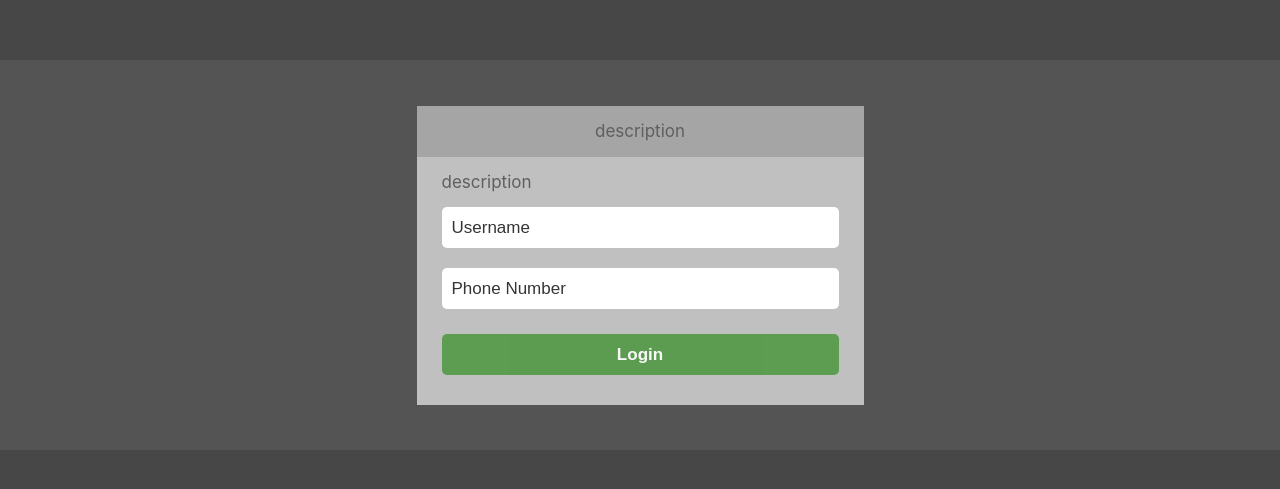
Repository: ladanpaul/ToDoVue-Test
Page: /
These files come from the project's save history. The page is drawn as it stood at one moment and after the next save; the edit follows.
The browser window is 1280 px wide. The pictures show the whole page.
The project was rebuilt for these pictures with package versions that can differ from the ones it lists, and the page was loaded fresh each time. Also part of the build but not shown: vite.config.js.

Above is the page before, as saved 2023-09-14 16:05:29.

### src/main.js
import { createApp } from 'vue';
import { createPinia } from 'pinia';
import './style.scss';
import App from './App.vue';
import { router } from './router';

const pinia = createPinia();

const app = createApp(App);

app.use(router);
app.use(pinia);
app.mount('#app');

### src/components/UiFooter.vue
<template>
  <footer class="footer"></footer>
</template>

<style lang="scss" scoped>
@import '@/variables';

.footer {
  background: $charcoal;
  min-height: 270px;
}
</style>

### src/components/UiHeader.vue
<template>
  <header class="header">
    <div class="content">
      <slot />
    </div>
  </header>
</template>

<style lang="scss" scoped>
@import '@/variables';

.header {
  display: flex;
  background: $charcoal;
  min-height: 60px;
}
</style>

### src/style.scss
@import 'variables';

:root {
  font-family: Inter, system-ui, Avenir, Helvetica, Arial, sans-serif;
  line-height: 1.5;
  font-weight: 400;
  font-size: 16px;
  color: $black;
}

* {
  margin: 0;
  padding: 0;
  box-sizing: border-box;
}

h1,h2,h3,h4,h5,h6 {
  font-size: 1rem;
  font-weight: 400;
}

input {
  margin: 0;
  padding: 0;
  border: 0;
  outline: none;

  &::placeholder {
    color: $nightRider;
  }
}

button {
  background: transparent;
  border: 0;
  outline: none;
  cursor: pointer;
}

.content-wrapper {
  display: flex;
  flex-direction: column;
  min-height: 100vh;
  justify-content: space-between;
}

### src/router/index.js
import { createRouter, createWebHistory } from 'vue-router';
import { useStorage } from '@/composition';

const { getItem } = useStorage();

export const router = createRouter({
  history: createWebHistory(),
  routes: [
    {
      path: '/',
      component: import('../App.vue').then((m) => m.default),
      redirect: { name: 'Main' },
      children: [
        {
          path: '',
          name: 'Main',
          component: () => import('../views/Main.vue').then((m) => m.default),
          beforeEnter: (to, from, next) => {
            const isAuthorized = getItem('authorized');
            if (!isAuthorized) {
              next({ name: 'Login' });
            } else {
              next();
            }
          },
        },
        {
          path: 'login',
          name: 'Login',
          component: () => import('../views/Login.vue').then((m) => m.default),
          beforeEnter: (to, from, next) => {
            const isAuthorized = getItem('authorized');
            if (isAuthorized) {
              next({ name: 'Main' });
            } else {
              next();
            }
          },
        },
      ],
    },
  ],
});

### src/variables.scss
// https://www.htmlcsscolor.com/ for color naming :)

$charcoal: #474747;
$matterhorn: #545454;
$zambezi: #5F5F5F;
$silver: #C3C3C3;
$darkGray: #A5A5A5;
$white: #fff;
$black: #000;
$nightRider: #353535;
$salad: #519945;

### src/composition/index.js
export * from './use-axios';
export * from './use-main';
export * from './use-storage';

### src/views/Login.vue
<template>
  <div class="content-wrapper">
    <UiHeader />
    <main class="main">
      <div class="main__inner">
        <div class="description">
          <h5 class="description-title">description</h5>
        </div>
        <form @submit.prevent="submit">
          <div class="form-wrap">
            <p class="description-title form-title">description</p>
            <div class="inputs-wrap">
              <input
                v-model="formData.name"
                type="text"
                placeholder="Username"
                :class="['input', { 'input-error': isLoginError }]"
                @keypress="onlyLetters"
              />
              <input
                v-model="formData.phone"
                type="text"
                placeholder="Phone Number"
                :class="['input', { 'input-error': isLoginError }]"
                @keypress="onlyNumber"
              />
            </div>
            <div class="button-wrap">
              <p v-if="isLoginError" class="error-text">login error</p>
              <button class="button-success">Login</button>
            </div>
          </div>
        </form>
      </div>
    </main>
    <UiFooter />
  </div>
</template>

<script setup>
import { useMain } from '@/composition';
import { useRouter } from 'vue-router';
import { useStorage } from '@/composition';

const { setItem } = useStorage();

const router = useRouter();

const { login } = useMain();

const formData = reactive({
  name: '',
  phone: '',
}); // TODO  - add vuelidate library for form validation;

const onlyLetters = ($event) => {
  const keyPressed = $event.key;
  const letterRegex = /^[`\-._\p{L}]*$/u;
  if (!letterRegex.test(keyPressed)) {
    $event.preventDefault();
  }
};

const onlyNumber = ($event) => {
  const keysAllowed = [
    '0',
    '1',
    '2',
    '3',
    '4',
    '5',
    '6',
    '7',
    '8',
    '9',
    '.',
    '(',
    ')',
    ' ',
    '-',
    'x',
  ]; // cuz diff numbers from api as: "1-477-935-8478 x6430", "(254)954-1289"... etc
  const keyPressed = $event.key;
  const inputValue = $event.target.value;

  if (!keysAllowed.includes(keyPressed)) {
    $event.preventDefault();
  }

  if (inputValue === '0' && keyPressed !== '.') {
    $event.preventDefault();
  }
};

const clearFormData = () => {
  formData.name = '';
  formData.phone = '';
};

const isLoginError = ref(false);

const submit = async () => {
  if (!formData.name || !formData.phone) {
    isLoginError.value = true;
    return;
  }

  const userInfo = await login(formData);
  if (userInfo) {
    console.log('userINFO -> ', userInfo);
    setItem('authorized', userInfo.id);
    router.push({ name: 'Main' });
  } else {
    isLoginError.value = true;
    clearFormData();
  }
};
</script>

<style lang="scss" scoped>
@import '@/variables';

.main {
  display: flex;
  flex-grow: 1;
  background: $matterhorn;

  &__inner {
    margin: auto;
    width: 447px;

    .description {
      background: $darkGray;
      padding: 15px;
      text-align: center;
    }

    .description-title {
      color: $zambezi;
      font-size: 17px;
      line-height: 21px;
    }

    .form-wrap {
      display: flex;
      flex-direction: column;
      padding: 15px 25px 30px;
      background: silver;

      .form-title {
        margin-bottom: 14px;
      }

      .input {
        display: flex;
        flex-direction: column;
        margin-bottom: 20px;
        font-size: 17px;
        line-height: 21px;
        padding: 9px;
        background: $white;
        border-radius: 5px;
        width: 100%;
        border: 1px solid transparent;

        &:last-child {
          margin-bottom: 0;
        }
      }

      .input-error {
        border: 1px solid darkred;
      }

      .button-wrap {
        margin-top: 25px;
        position: relative;
        width: 100%;

        .error-text {
          position: absolute;
          left: 50%;
          top: -22px;
          font-size: 14px;
          transform: translateX(-50%);
          color: darkred;
        }
      }

      .button-success {
        text-align: center;
        background: $salad;
        color: $white;
        font-size: 17px;
        line-height: 21px;
        font-weight: 600;
        border-radius: 5px;
        padding: 10px;
        opacity: 0.9;
        width: 100%;

        &:hover {
          opacity: 1;
        }
      }
    }
  }
}
</style>

### src/composition/use-axios.js
import axios from 'axios';

const instance = axios.create({
  baseURL: 'https://jsonplaceholder.typicode.com',
});

export function useAxios() {
  return instance;
}

### src/composition/use-main.js
import { useAxios } from '@/composition';
import { storeToRefs } from 'pinia';
import { useMainStore } from '@/store/useMainStore';
import { useStorage } from '@/composition';

const { getItem } = useStorage();

export function useMain() {
  const { get } = useAxios();

  const mainStore = useMainStore();
  const { user } = storeToRefs(mainStore);

  async function login(payload) {
    try {
      const { name, phone } = payload;
      // const name = 'Kamren';
      // const phone = '(254)954-1289';

      const { data } = await get('/users');
      if (!data) {
        return;
      }

      const userInfo = data.find((user) => {
        return user.username === name && user.phone === phone;
      });

      if (userInfo) {
        user.value = userInfo;
      }

      return userInfo;
    } catch (error) {
      console.log('Error fetching users', error);
    }
  }

  async function getUserById() {
    const id = getItem('authorized');

    if (!id) {
      return;
    }

    try {
      const { data } = await get('/users', {
        params: { id },
      });

      user.value = data && data[0];
      console.log('user.value -> ', user.value);
    } catch (error) {}
  }

  return {
    login,
    getUserById,
  };
}

### src/composition/use-storage.js
export function useStorage() {
  function setItem(key, value) {
    localStorage.setItem(key, JSON.stringify(value));
  }

  function getItem(key) {
    const value = localStorage.getItem(key);
    return value ? JSON.parse(value) : null;
  }

  function removeItem(key) {
    localStorage.removeItem(key);
  }

  function mergeItem(key, newData) {
    const existingData = getItem(key) || {};
    const mergedValue = { ...existingData, ...newData };
    setItem(key, mergedValue);
  }

  return {
    setItem,
    getItem,
    mergeItem,
    removeItem,
  };
}

### src/store/useMainStore.js
import { defineStore } from 'pinia';

export const useMainStore = defineStore('main', {
  state: () => ({
    user: null,
  }),
});

Loaded but not shown: index.html (common file); src/App.vue (common file)

After the next save:
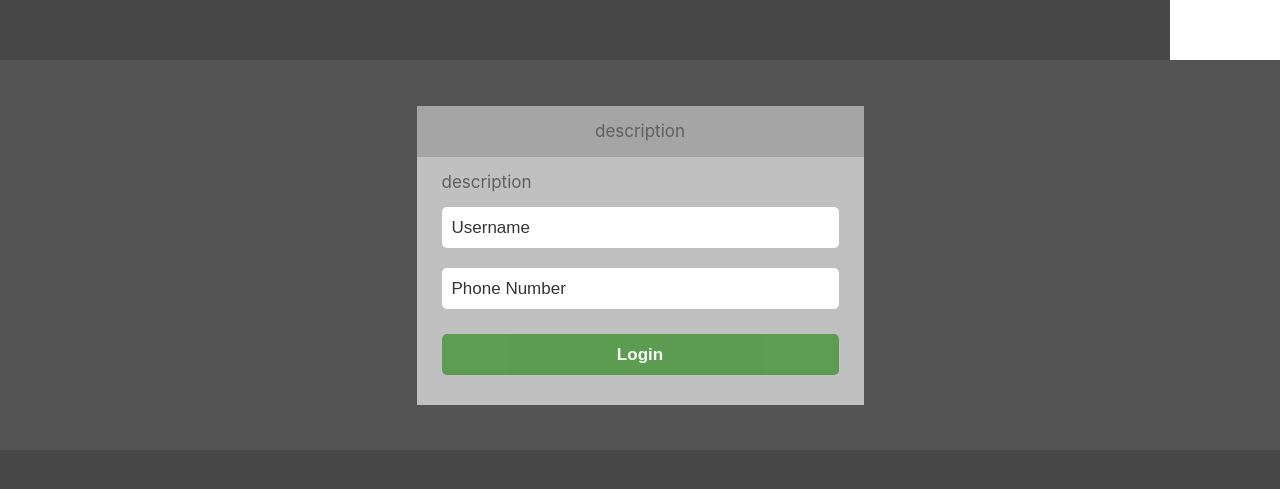
Saved 6 s later.
--- a/src/components/UiHeader.vue
+++ b/src/components/UiHeader.vue
@@ -13,5 +13,6 @@
   display: flex;
   background: $charcoal;
   min-height: 60px;
+  width: 1170px;
 }
 </style>

After the save that followed:
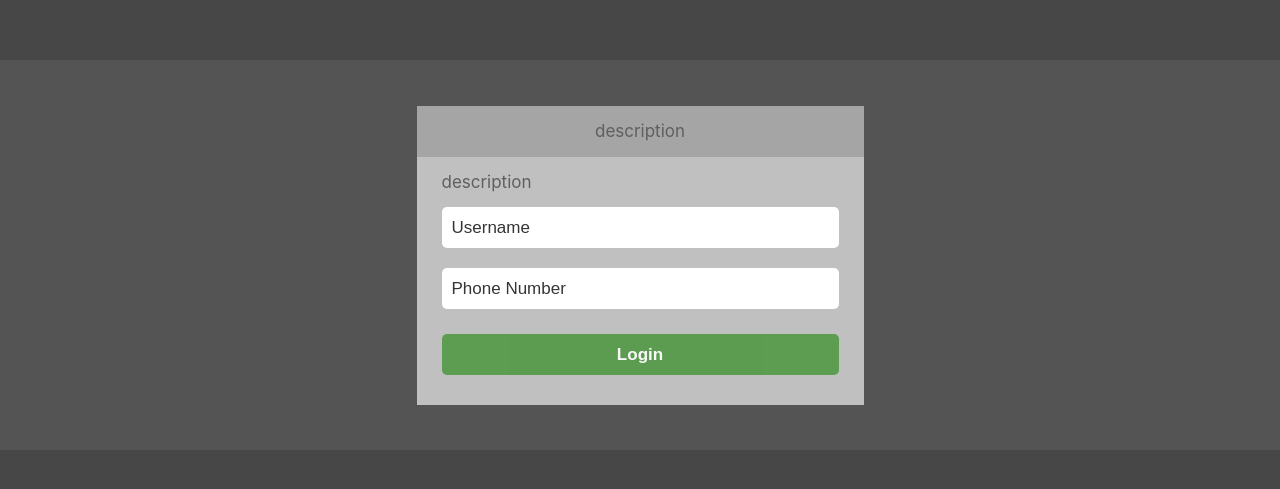
Saved 13 s later.
--- a/src/components/UiHeader.vue
+++ b/src/components/UiHeader.vue
@@ -13,6 +13,9 @@
   display: flex;
   background: $charcoal;
   min-height: 60px;
-  width: 1170px;
+
+  .conten {
+    width: 1170px;
+  }
 }
 </style>
